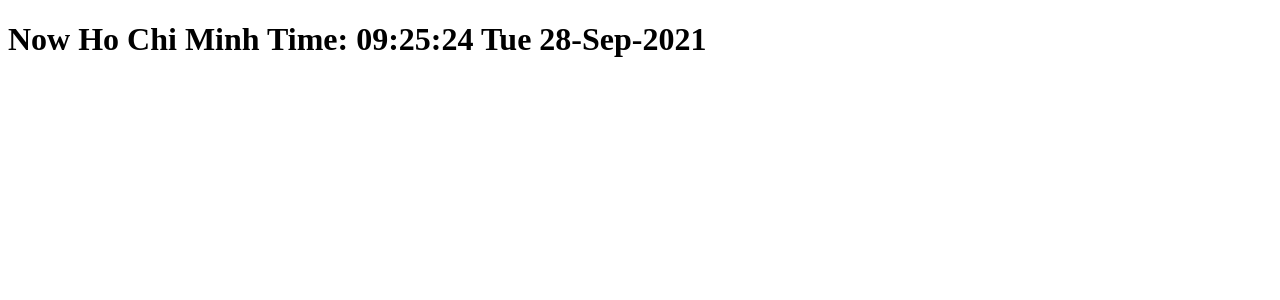
Repository: HanhHeo/Module2
Page: http://localhost/
The author's editor kept a copy of each file at every save. The page is drawn from the files as they stood at one save, then again after the next save.
The browser window is 1280 px wide. The pictures show the whole page.
The page is run by PHP 8.4 with error messages shown; the project is at /var/www/html/.

Above is the page before, as saved 2021-09-28 14:38:56.

After the next save:
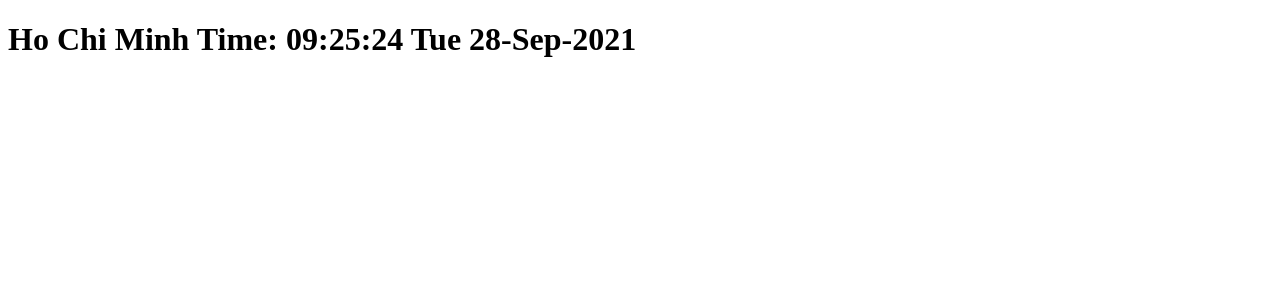
Saved 29 s later.
--- a/sever_time/index.php
+++ b/sever_time/index.php
@@ -8,7 +8,7 @@
 </head>
 <body>
     <?php date_default_timezone_set('Asia/Ho_Chi_Minh');?>
-     <h1>Now Ho Chi Minh Time: <?php echo date('h:i:s D d-M-Y'); ?></h1>
+     <h1> Ho Chi Minh Time: <?php echo date('h:i:s D d-M-Y'); ?></h1>
 
 </body>
 </html>
